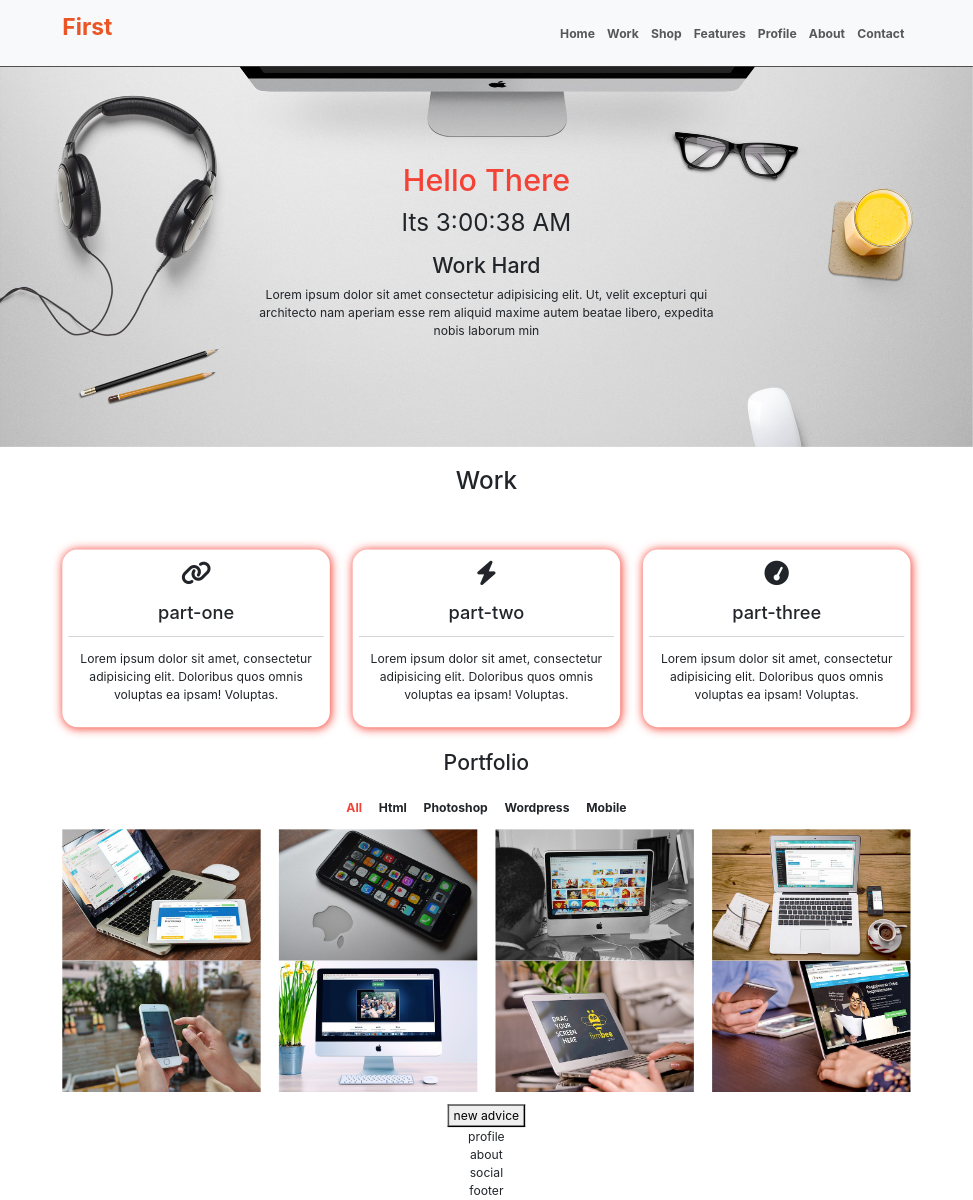
Repository: Hager-h/temple
Page: /
The author's editor kept a copy of each file at every save. The page is drawn from the files as they stood at one save, then again after the next save.
The browser window is 1280 px wide. The pictures show the whole page, at 76% of full size.
The page's requests for data from a server got no answer. The project was rebuilt for these pictures with package versions that can differ from the ones it lists, and the page was loaded fresh each time. No one was signed in, and anything a server would have sent is missing. Also part of the build but not shown: src/components/contact/index.js, src/components/Shop/shop.css, src/components/Shop/Shop.js, src/components/card/card.css, src/components/card/Card.js.

Above is the page before, as saved 2023-07-17 15:54:37.

### src/index.js
import React from 'react';
import ReactDOM from 'react-dom/client';
import "../node_modules/bootstrap/dist/css/bootstrap.min.css"
import "../node_modules/bootstrap/dist/js/bootstrap.min.js"
import './index.css';

import App from './App';
import reportWebVitals from './reportWebVitals';
import { BrowserRouter } from 'react-router-dom';

const root = ReactDOM.createRoot(document.getElementById('root'));
root.render(
  <React.StrictMode>
  <BrowserRouter>
  <App />
  </BrowserRouter>
  </React.StrictMode>
);

// If you want to start measuring performance in your app, pass a function
// to log results (for example: reportWebVitals(console.log))
// or send to an analytics endpoint. Learn more: https://bit.ly/CRA-vitals
reportWebVitals();

### src/App.js
import './App.css';
import Home from "./components/home/Home"
import Contact from "./components/contact/index"
import Nav from "./components/navbar/Nav"
import {Routes,Route} from "react-router-dom"
import Shop from './components/Shop/Shop';
import Card  from './components/card/Card';
function App() {
  return (
    <div className="App">
    <Nav />
    <Routes>
    <Route path="/" element={<Home />} />
    <Route path="/contact" element={<Contact />} />
    <Route path="/shop" element={<Shop />} />
    <Route path="shop/:cardId" element={<Card />} />

    </Routes>




    </div>
  );
}

export default App;

### src/components/home/Home.js
import React from 'react'
import Work from "./../work/Work"
import Portfolio from "./../portfolio/Portfolio"
import Footer from "./../footer/Footer"
import Social from "./../social/Social"
import About from "./../about/about"
import Profile from "./../Profile/Profile"
import Landing from "./../landing/landing"
import Advice from "./../advice/Advice"
export default function Home() {
  return (
    <div>

<Landing />
    <Work />
    <Portfolio />
<Advice />
    <Profile />
    <About />
    <Social />
    <Footer />



    </div>
    )
}

### src/components/navbar/Nav.js
import React from "react"
import { Link } from 'react-router-dom'

import "./navStyle.css"
export default function Nav() {
  return (



    <nav className="navbar navbar-expand-lg bg-body-tertiary ">
    <div className="container ">
      <p className="navbar-brand logo-text" >First</p>
      <button className="navbar-toggler" type="button" data-bs-toggle="collapse" data-bs-target="#navbarNavAltMarkup" aria-controls="navbarNavAltMarkup" aria-expanded="false" aria-label="Toggle navigation">
        <span className="navbar-toggler-icon"></span>
      </button>
      <div className="collapse navbar-collapse  " id="navbarNavAltMarkup">
        <div className="navbar-nav ms-auto">
          <Link className="nav-link " to="/">Home</Link>
          <Link className="nav-link" to="/work">Work</Link>
          <Link className="nav-link" to="/shop">Shop</Link>
          <Link className="nav-link" to="/feat">Features</Link>
          <Link className="nav-link" to="/profile">Profile</Link>
          <Link className="nav-link" to="/about">About</Link>
          <Link className="nav-link" to="/contact">Contact</Link>
        </div>

      </div>
    </div>
  </nav>

















  )
}

### src/components/work/Work.js
import "./work.css"
import {Usehook} from "../hook/Hook"
export default function Work() {
  const[data,loading,err]=Usehook('js/data.json')



const dataList=data.map(item=>{
  return (
    <div key={item.id}className="part first">
    <i className={item.icon_name}></i>
<h4 className="part-title">{item.title}</h4>
<hr className="line"/>
<p className="part-desc">
{item.body}
</p>
</div>
  )
})
  return (
    <div className="work">
    <div className="container">

        <h2 className="work-title"><span>My</span> Work</h2>
        <div className="all-work">

        {loading&&<p className="spinner"></p>}
          {dataList}
          {err&&<p className="Err">{err}</p>}
            </div>
    </div>
</div>
  )
}

### src/components/portfolio/Portfolio.js
import React,{useEffect,useState} from 'react'

import "./port.css"
import {Usehook} from "../hook2/Hook2.js"

export default function Portfolio() {


    const[data,loading,err]=Usehook('js/data.json')

    const images=data.map((item)=>{
      console.log(item)
      return(

<div key={item.id} className=" col-md-3 box">
<div className="overlay"></div>
<span>Show Image</span>
<div className="show ">

<img className="port-image  " src={item.image} alt="image" />

          </div>







      </div>


    )
  })






  return (
    <div className="port">
<h3> <span> My</span> Portfolio</h3>

<div className="catgeory">
<p className="orange">All</p>
<p>Html</p>
<p>Photoshop</p>
<p>Wordpress</p>
<p> Mobile</p>
</div>
<div className="container">
        <div className="row ">






{images}

        </div>
        </div>






</div>











  )
}

### src/components/social/Social.js
import React from 'react'

export default function Social() {
  return (
    <div>
      social
    </div>
  )
}

### src/components/landing/landing.js
import React,{Fragment, useState,useEffect} from 'react'
import "./landing.css"
export default function Landing() {
  const [time, settime] = useState(new Date().toLocaleTimeString())
  useEffect(() => {
    setInterval(() => {
      settime(new Date().toLocaleTimeString())
    },1000)
  },[])
  return (
    <>
    <div className='landing'>
    <div className='containerr'>
    <div className='text-landing'>

    <h1>hello there
    </h1>
              <p className="text-dark fs-2"> Its {time}</p>
<h3>work hard </h3>
<p>Lorem ipsum dolor sit amet consectetur adipisicing elit. Ut, velit excepturi qui architecto nam aperiam esse rem aliquid maxime autem beatae libero, expedita nobis laborum min</p>

</div>
      </div>
    </div>
    </>
  )
}

### src/components/advice/Advice.js
import React from 'react'
import {useState,useEffect}from "react"
import axios from "axios"
export default function Advice() {
  const [advice, setadvice] = useState("")

  const getAdvice = () => {
    axios.get(`https://api.adviceslip.com/advice`)
    .then((res)=>setadvice(res.data))
  }

  useEffect(() => {
    getAdvice()
  },[])
  return (
    <div>
      <p>{advice}</p>
      <button conClick={{getAdvice}}>new advice</button>

    </div>
  )
}

### src/components/navbar/navStyle.css
.navbar {
  background: #fff;
  border-bottom: 1px solid #000;


}




 .logo-text {
  font-size: 30px;
  font-weight: bold;
  color:#eb5424
};
.nav-link{
  font-weight: bolder;}
.nav-link:focus, .nav-link:hover {
  color: #F44336;
}.nav-link:focus, .nav-link:hover {
  color: #F44336;

}
.navbar-nav{
  font-weight: bolder;

}
.navbar-toggler:focus{
  border:2px solid #F44336;
  box-shadow: 0 0 0 #F44336;
}
@media(max-width:570px){
  .text-landing{
    width:100%;
  }
}

### src/components/work/work.css



.all-work{display: flex;
    justify-content: center;
    align-items: center;
    margin-top: 72px;}
    .part{
      box-shadow: 1px 1px 13px 1px #f44336;
    border-radius: 20px;
    padding: 15px 8px;

    }
    .part-title{
      margin-top:20px;
    }
    .part:not(:last-child){
      margin-right:30px
    }
    .work-title span{
      color:#f44336
    }
    .work-title{
      margin-top:25px
    }
.loading{

}
.Err{
  font-weight:bolder;
  text-transform: capitalize;
      color:#f44336;
font-size :22px;
margin-bottom: 30px;
text-align: center;
}

.spinner {
  border: 3px solid #f3f3f3;
  border-top: 3px solid #f44336;
  border-radius: 50%;
  width: 20px;
  height: 40px;
  animation: spin 1s linear infinite;
  position: absolute  ;
  top:50%;
  left:50%;
  transform:translate(-50%,-50%)
   ;
  -webkit-transform:translate(-50%,-50%)  ;
  -moz-transform:translate(-50%,-50%)  ;
  -ms-transform:translate(-50%,-50%)  ;
  -o-transform:translate(-50%,-50%)  ;
}

@keyframes spin {
  0% { transform: rotate(0deg); }
  100% { transform: rotate(360deg); }
}


    @media(max-width:570px){
      .all-work{
      flex-wrap:wrap;
      }
.part:not(:last-child){
  margin-right: 0;
}
.part{
  margin-bottom: 22px;
}

    }

### src/components/hook/Hook.js
import {useEffect,useState}from 'react'
import axios from 'axios'
export  function Usehook(url) {
  const [data,setdata]=useState([])
  const [err,seterr]=useState(null)
  const [loading,setloading]=useState(null)

  useEffect(()=>{
    setloading(true)
    axios.get(url).then(res=>
      {
      setloading(false)
    setdata(res.data.works)
    console.log(res.data)
    seterr(false)
    }
    ).catch(err=>{
      setloading(false)
      seterr("something went wrong")
    })

  },[])
return[data,loading,err]
}

### src/components/portfolio/port.css
.port{
  margin-top:30px;
}
.box{position:relative;
  overflow: hidden;


}
 .catgeory{
  display :flex;
  justify-content: center;
  align-items: center;
  margin-top: 30px;

 }
 .catgeory p:not(:last-child){
  margin-right: 22px;
 }
.catgeory p{
  cursor:pointer;
  font-weight: bold;

}
.catgeory p:hover,.orange{
  color: #F44336;
}


  .port-image{
    max-width:100%;

 }
 span{
  border:1px solid #F44336;
  position: absolute;
  top:50%;
  left:50%;
  transform: translate(-50%,-50%);
  -webkit-transform: translate(-50%,-50%);
  -moz-transform: translate(-50%,-50%);
  -ms-transform: translate(-50%,-50%);
  -o-transform: translate(-50%,-50%);
  background-color: aliceblue;
  padding: 8px 8px;
  border-radius: 14px;
  -webkit-border-radius: 14px;
  -moz-border-radius: 14px;
  -ms-border-radius: 14px;
  -o-border-radius: 14px;
  cursor:pointer;
  font-weight:bolder;
  opacity:0;

}
.overlay{
  position: absolute;
  top: 0;
  left: 0;
  bottom: 0;
  right: 0;
  background: rgba(224, 158, 138, 0.5);
  font-size: 15px;
  opacity: 0;
  max-width:100% ;
}
.box:hover .overlay,
.box:hover span{
  opacity: 1;
}

### src/components/hook2/Hook2.js
import React ,{useEffect,useState}from 'react'
import axios from 'axios'
export  function Usehook(url) {
  const [data,setdata]=useState([])
  const [err,seterr]=useState(null)
  const [loading,setloading]=useState(null)

  useEffect(()=>{
    setloading(true)
    axios.get(url).then(res=>
      {
      setloading(false)
    setdata(res.data.portfolio)
    console.log(res.data.portfolio)
    seterr(false)
    }
    ).catch(_err=>{
      setloading(false)
      seterr("something went wrong")
    })

  },[url])
return[data,loading,err]
}

### src/components/landing/landing.css
.landing{
  height: 500px;
   background:url("../../../public/images/Home/home-bg.jpg");
  background-position: center;
  background-size: cover;
position: relative;
text-align: center;
}
.containerr{
  width:85%;
  margin:auto;
}
.text-landing{
  position:absolute;
  top:50%;
  left:50%;
  transform: translate(-50%,-50%);
  -webkit-transform: translate(-50%,-50%);
  -moz-transform: translate(-50%,-50%);
  -ms-transform: translate(-50%,-50%);
  -o-transform: translate(-50%,-50%);
}
h1{
  color:#F44336;
  text-transform: capitalize;

}
h3{
  text-transform: capitalize;

}

### public/js/data.json
{
  "works" : [
      {
          "id" : 1,
          "icon_name": "icon fa fa-chain fa-2x",
          "title": "part-one",
          "body": "Lorem ipsum dolor sit amet, consectetur adipisicing elit. Doloribus quos omnis voluptas ea ipsam! Voluptas."
      },
      {
          "id" : 2,
          "icon_name": "icon fa fa-bolt fa-2x",
          "title": "part-two",
          "body": "Lorem ipsum dolor sit amet, consectetur adipisicing elit. Doloribus quos omnis voluptas ea ipsam! Voluptas."
      },
      {
          "id" : 3,
          "icon_name": "icon fa fa-tachometer fa-2x",
          "title": "part-three",
          "body": "Lorem ipsum dolor sit amet, consectetur adipisicing elit. Doloribus quos omnis voluptas ea ipsam! Voluptas."
      }
  ],

  "portfolio" : [
      {
          "id":1,
          "image": "/images/Portfolio/portfolio-img1.jpg"

      },
      {
          "id":2,
          "image": "/images/Portfolio/portfolio-img2.jpg"
        },
      {
          "id":3,
          "image": "/images/Portfolio/portfolio-img3.jpg"
        },
      {
          "id":4,
          "image": "/images/Portfolio/portfolio-img4.jpg"
        },
      {
          "id":5,
          "image": "/images/Portfolio/portfolio-img5.jpg"
        },
      {
          "id":6,
          "image": "/images/Portfolio/portfolio-img6.jpg"
      },
      {
          "id":7,
          "image": "/images/Portfolio/portfolio-img7.jpg"
      },
      {
          "id":8,
          "image": "/images/Portfolio/portfolio-img8.jpg"
      }
  ] ,
  "social" : [
      {
          "id": 1,
          "icon" : "icon fa fa-facebook fa-lg",
          "title" : "Follow Me on",
          "body" : "Social Facebook"
      },
      {
          "id": 2,
          "icon" : "icon fa fa-twitter fa-lg",
          "title" : "Tweet Me on",
          "body" : "Social twitter"
      },
      {
          "id": 3,
          "icon" : "icon fa fa-pinterest fa-lg",
          "title" : "Pin Me on",
          "body" : "Social Pinterest"
      }
  ]
}

Loaded but not shown: public/index.html (common file); src/index.css (common file); src/reportWebVitals.js (common file); src/App.css (common file); src/components/footer/Footer.js (common file); src/components/about/About.js (common file); src/components/Profile/Profile.js (common file)

After the next save:
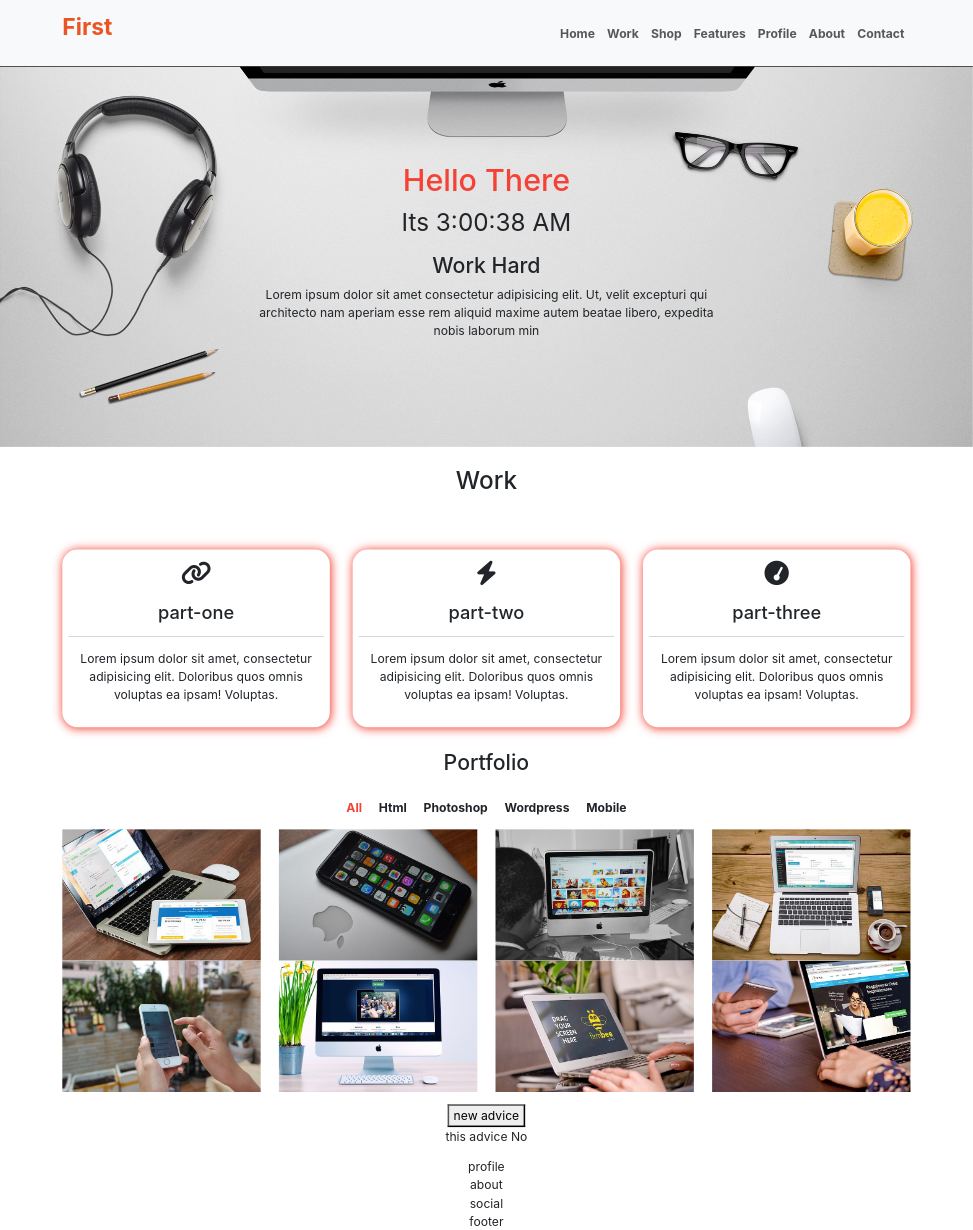
Saved 88 s later.
--- a/src/components/advice/Advice.js
+++ b/src/components/advice/Advice.js
@@ -3,6 +3,7 @@ import {useState,useEffect}from "react"
 import axios from "axios"
 export default function Advice() {
   const [advice, setadvice] = useState("")
+  const [count, setcount] = useState()
 
   const getAdvice = () => {
     axios.get(`https://api.adviceslip.com/advice`)
@@ -15,7 +16,8 @@ export default function Advice() {
   return (
     <div>
       <p>{advice}</p>
-      <button conClick={{getAdvice}}>new advice</button>
+      <button conClick={{ getAdvice }}>new advice</button>
+      <p>this advice No { count}</p>
 
     </div>
   )
